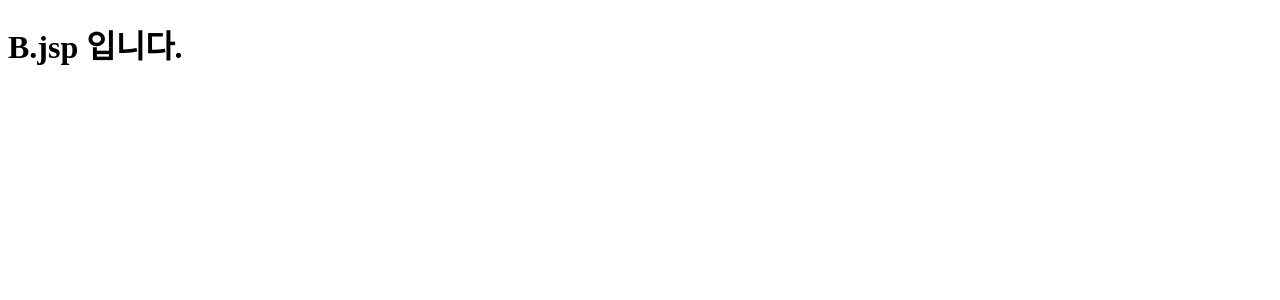
Repository: jiwonnn98/KB-academy
Page: http://localhost/step05_servlet/B.jsp
These files come from the project's save history. The page is drawn as it stood at one moment and after the next save; the edit follows.
The browser window is 1280 px wide. The pictures show the whole page.
The page is served by Tomcat 9.

Above is the page before, as saved 2023-08-14 07:19:10.

After the next save:
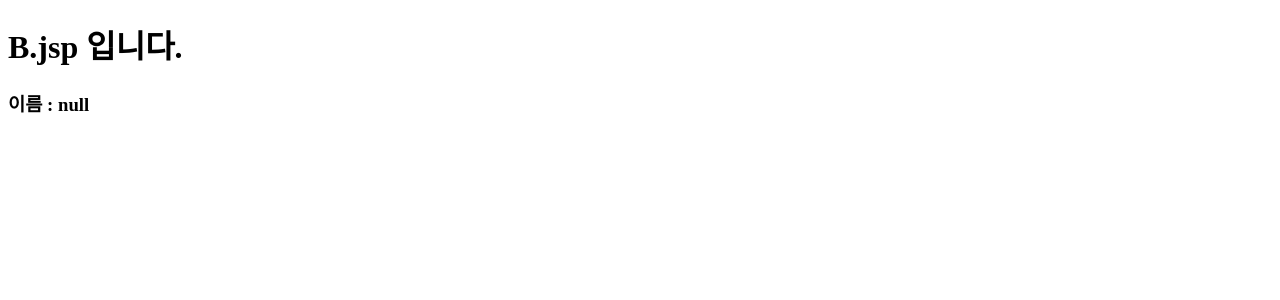
Saved 22 min 15 s later.
--- a/step05_servlet/src/main/webapp/B.jsp
+++ b/step05_servlet/src/main/webapp/B.jsp
@@ -8,5 +8,13 @@
 </head>
 <body>
 <h1>B.jsp 입니다.</h1>
+<%
+	//jsp java 문법
+	//parameter로 전송되는 데이터 가져오기
+	String name =request.getParameter("name");
+	String blood =request.getParameter("blood");
+	out.println("<h3>이름 : " + name +"</h3>" );
+
+%>
 </body>
 </html>
